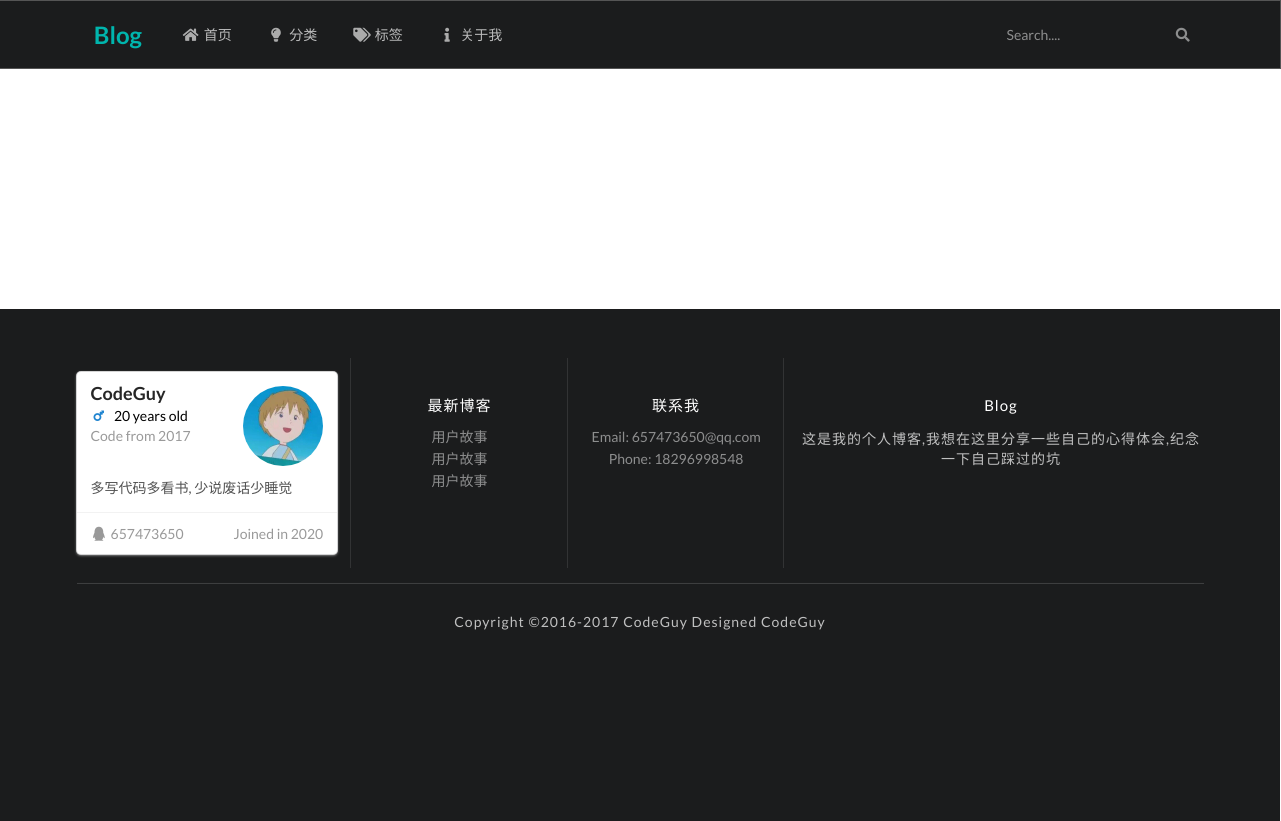
Repository: GOGOHQ/myblog
Page: index.html
These files come from the project's save history. The page is drawn as it stood at one moment and after the next save; the edit follows.
The browser window is 1280 px wide. The page is 1281 px wide, so the pictures cover 1281 px, including what lies to the right of the window. The pictures show the whole page.
Some web libraries are served in a nearby version.

Above is the page before, as saved 2020-01-16 16:13:11.

### index.html
<!DOCTYPE html>
<html lang="en">

<head>
    <meta charset="UTF-8">
    <meta name="viewport" content="width=device-width, inital-scale=1.0">
    <title>首页</title>
    <link rel="stylesheet" href="static/css/me.css">
    <link rel="stylesheet" href="https://cdn.jsdelivr.net/semantic-ui/2.2.4/semantic.min.css">
    <script src="https://cdn.jsdelivr.net/npm/jquery@3.2/dist/jqurey.min.js"></script>
    <script src="https://cdn.jsdelivr.net/semantic-ui/2.2.4/semantic.min.js"></script>
</head>

<body>
<!-- 导航 -->
<nav class="ui inverted  attached  segment m-padded-tb-mini">
    <div class="ui container">
        <div class="ui secondary inverted menu">
            <h2 class="ui teal header item">Blog</h2>
            <a href="#" class="item"><i class="home icon"></i>首页</a>
            <a href="#" class="item"><i class="idea icon"></i>分类</a>
            <a href="#" class="item"><i class="tags icon"></i>标签</a>
            <a href="#" class="item"><i class="info icon"></i>关于我</a>
            <div class="right item">
                <div class="ui icon  inverted transparent input">
                    <input type="text" placeholder="Search....">
                    <i class="search link icon"></i>
                </div>
            </div>
        </div>
    </div>
</nav>
<!-- 内容 -->
<div>
    <br> <br> <br> <br> <br> <br> <br> <br> <br> <br> <br> <br>
</div>
<!-- 底部 -->
<footer class="ui inverted vertical segment m-padded-tb-massive">
    <div class="ui center aligned container" style="height:400px">
        <div class="ui inverted divided grid">
            <div class="four wide column left aligned ">
                <div class="ui card">
                    <div class="content">
                        <img class="right circular floated tiny ui image" src="static/images/avatar.jpg">
                        <div class="header">
                            CodeGuy
                        </div>
                        <div class="meta">
                            <i class="icon blue mars stroke"></i>
                            <text style="color:black;">20 years old</text>
                        </div>
                        <div class="meta">
                            Code from 2017
                        </div>
                        <div class="description">
                            多写代码多看书, 少说废话少睡觉
                        </div>
                    </div>
                    <div class="extra content">
                        <a>
                            <i class="qq icon"></i>657473650
                        </a>
                        <span class="right floated">
                                    Joined in 2020
                                  </span>
                    </div>
                </div>
            </div>
            <div class="center aligned three wide column m-padded-t-middle">
                <h4 class="ui inverted header m-text-thin m-text-spaced">最新博客</h4>
                <div class="ui inverted link list">
                    <a href="#" class="item">用户故事</a>
                    <a href="#" class="item">用户故事</a>
                    <a href="#" class="item">用户故事</a>
                </div>
            </div>
            <div class="center aligned three wide column m-padded-t-middle">
                <h4 class="ui inverted header m-text-thin m-text-spaced">联系我</h4>
                <div class="ui inverted link list">
                    <a href="#" class="item">Email: 657473650@qq.com</a>
                    <a href="#" class="item">Phone: 18296998548</a>

                </div>
            </div>
            <div class="six wide column m-padded-t-middle">
                <h4 class="ui inverted header m-text-thin m-text-spaced">Blog</h4>
                <p class="m-text-thin m-text-spaced m-text-mini-opacity">这是我的个人博客,我想在这里分享一些自己的心得体会,纪念一下自己踩过的坑</p>
            </div>
        </div>
        <div class="ui inverted section divider"></div>
        <p class="m-text-thin m-text-spaced m-text-mini-opacity">Copyright ©2016-2017 CodeGuy Designed CodeGuy</p>
    </div>
</footer>
</body>


</html>

### static/css/me.css
.m-padded-tb-mini {
    padding-top: 0.2em !important;
    padding-bottom: 0.2em !important;
}

.m-padded-t-middle {
    padding-top: 40px !important
}

.m-padded-tb-massive {
    padding-top: 4.5em !important;
    padding-bottom: 4.5em !important;
}


/* text */

.m-text-thin {
    font-weight: 400 !important
}

.m-text-spaced {
    letter-spacing: 1px !important
}

.m-text-lined {
    line-height: 1.8 !important
}

.m-text-mini-opacity {
    opacity: 0.8 !important
}

After the next save:
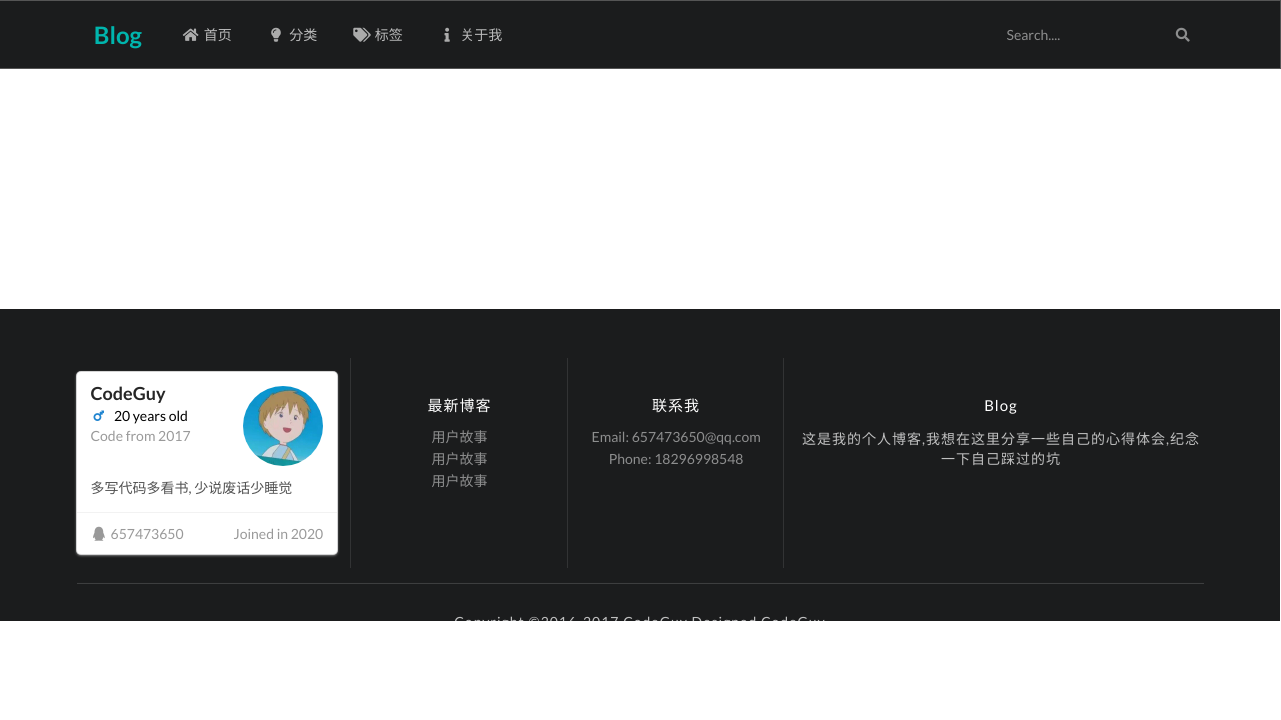
Saved 6 s later.
--- a/index.html
+++ b/index.html
@@ -36,7 +36,7 @@
 </div>
 <!-- 底部 -->
 <footer class="ui inverted vertical segment m-padded-tb-massive">
-    <div class="ui center aligned container" style="height:400px">
+    <div class="ui center aligned container" style="height:200px">
         <div class="ui inverted divided grid">
             <div class="four wide column left aligned ">
                 <div class="ui card">
